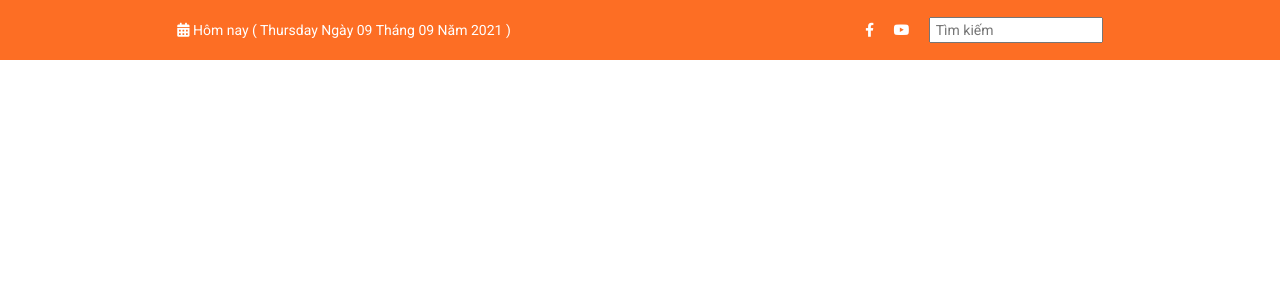
Repository: longtn213/Frond_end_HTML-CSS
Page: Front-End/LongDemo/index.html
The author's editor kept a copy of each file at every save. The page is drawn from the files as they stood at one save, then again after the next save.
The browser window is 1280 px wide. The pictures show the whole page.

Above is the page before, as saved 2021-09-09 16:12:24.

### Front-End/LongDemo/index.html
<!DOCTYPE html>
<html lang="en">

<head>
    <meta charset="UTF-8">
    <meta http-equiv="X-UA-Compatible" content="IE=edge">
    <meta name="viewport" content="width=device-width, initial-scale=1.0">
    <title>Công nghệ thông tin</title>
    <link rel="stylesheet" href="https://cdnjs.cloudflare.com/ajax/libs/normalize/8.0.1/normalize.min.css"
        integrity="sha512-NhSC1YmyruXifcj/KFRWoC561YpHpc5Jtzgvbuzx5VozKpWvQ+4nXhPdFgmx8xqexRcpAglTj9sIBWINXa8x5w=="
        crossorigin="anonymous" referrerpolicy="no-referrer" />
    <link rel="stylesheet" href="./assets/css/main.css">
    <link href="https://fonts.googleapis.com/css2?family=Roboto:wght@300;400;500;700&display=swap" rel="stylesheet">
    <link href="./assets/fonts/fontawesome-free-5.15.4-web/css/all.css" rel="stylesheet">
</head>

<body>
    <header class="header">
        <div class="header1">
            <div class="calendar">
                <i class="fas fa-calendar-alt"></i>
                Hôm nay ( Thursday Ngày 09 Tháng 09 Năm 2021 )
            </div>
            <div class="header__icon">
                <i class="fab fa-facebook-f mr-16"></i>
                <i class="fab fa-youtube mr-16"></i>
                <input type="text" placeholder="Tìm kiếm" class="search-button">
            </div>
        </div>
    </header>
</body>

</html>

### Front-End/LongDemo/assets/css/main.css
:root{
    --white-color:#fff;
    --black-color:#000;
    --text-color:#333;
}
* {
    padding: 0;
    margin: 0;
    box-sizing: border-box;
}
.mr-16{
    margin-right: 16px !important;
}
html{
    scroll-behavior: smooth;
    font-family: 'Roboto', sans-serif;
}
/* Header */
.header1{
    height: 60px;
    background-color: #fd6e24;
    display: flex;
    justify-content: space-around;
    color: var(--white-color);
    line-height: 60px;
    font-size: 14px;
}
.header__icon .search-button{
    padding: 3px 5px;
}

Loaded but not shown: Front-End/LongDemo/assets/fonts/fontawesome-free-5.15.4-web/css/all.css (library)

After the next save:
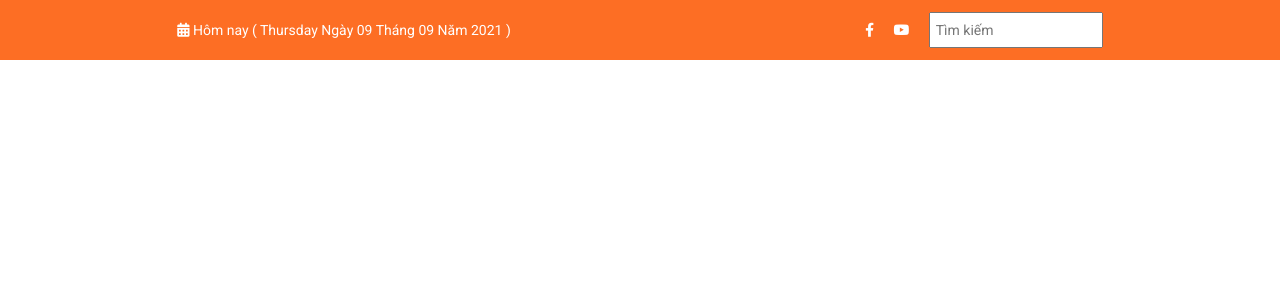
Saved 25 s later.
--- a/Front-End/LongDemo/assets/css/main.css
+++ b/Front-End/LongDemo/assets/css/main.css
@@ -26,5 +26,5 @@ html{
     font-size: 14px;
 }
 .header__icon .search-button{
-    padding: 3px 5px;
+    padding: 8px 5px;
 }
